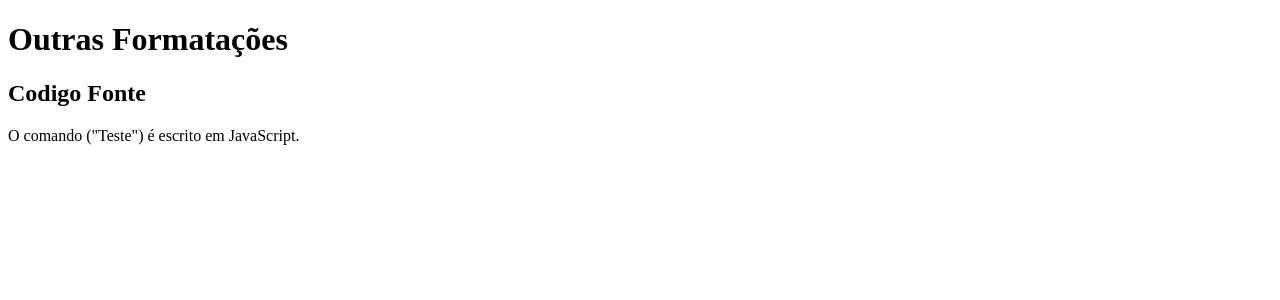
Repository: Guillermomarcon/exercicios
Page: ex009/index.html
These files come from the project's save history. The page is drawn as it stood at one moment and after the next save; the edit follows.
The browser window is 1280 px wide. The pictures show the whole page.

Above is the page before, as saved 2020-12-10 01:22:13.

After the next save:
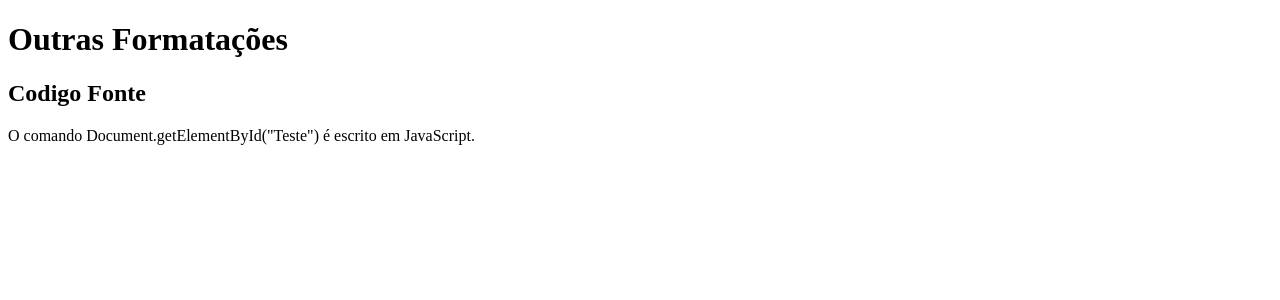
Saved 4 s later.
--- a/ex009/index.html
+++ b/ex009/index.html
@@ -8,7 +8,7 @@
 <body>
     <h1>Outras Formatações</h1>
     <h2>Codigo Fonte</h2>
-    <p>O comando <Document.getElementById</code>("Teste") é escrito em JavaScript.</p>
+    <p>O comando Document.getElementById</code>("Teste") é escrito em JavaScript.</p>
 
 
 </body>
